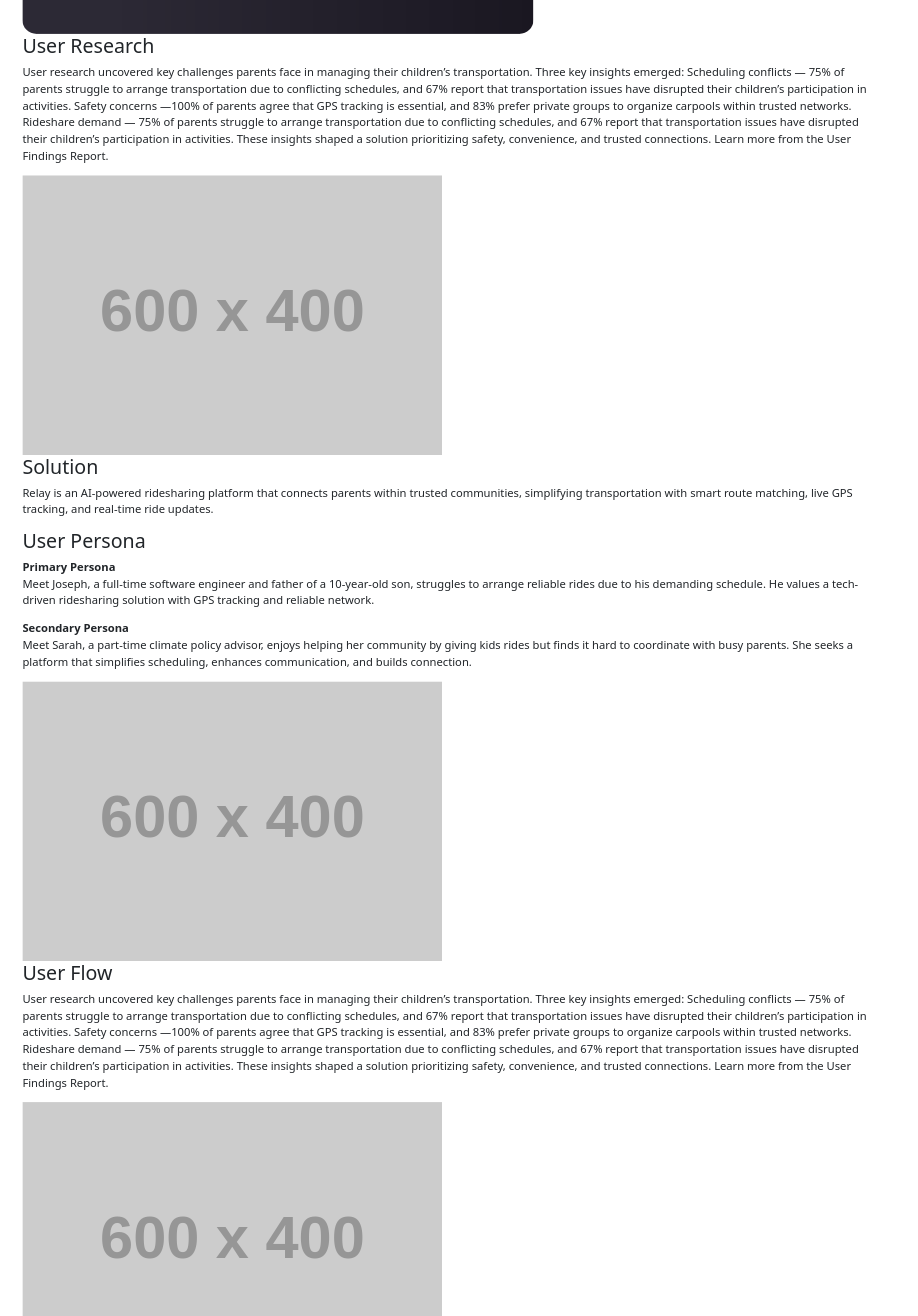
Repository: Vanessahyc/vanessa-portfolio
Page: /relay
These files come from the project's save history. The page is drawn as it stood at one moment and after the next save; the edit follows.
The browser window is 1280 px wide. The page is 1312 px wide, so the pictures cover 1312 px, including what lies to the right of the window. The pictures show the part of the page from y = 559 to 2439 px (the page is 3191 px tall before and 2791 px after), at 70% of full size.
The project was rebuilt for these pictures with package versions that can differ from the ones it lists, and the page was loaded fresh each time. The framework's server and built-in components were replaced by stand-ins that run in the browser. Also part of the build but not shown: next.config.mjs.

Above is the page before, as saved 2025-02-09 16:22:57.

### src/app/layout.js
import { Geist, Geist_Mono } from "next/font/google";
import "./globals.css";
import 'bootstrap/dist/css/bootstrap.min.css'

const geistSans = Geist({
  variable: "--font-geist-sans",
  subsets: ["latin"],
});

const geistMono = Geist_Mono({
  variable: "--font-geist-mono",
  subsets: ["latin"],
});

export const metadata = {
  title: "Create Next App",
  description: "Generated by create next app",
};

export default function RootLayout({ children }) {
  return (
    <html lang="en">
      <body
        className={`${geistSans.variable} ${geistMono.variable} antialiased`}
      >
        {children}
      </body>
    </html>
  );
}

### src/app/relay/page.js
"use client";
import Header from "../../../components/Header";
import styles from "@/app/relay/Relay.module.css";
import Image from "next/image";
import { Swiper, SwiperSlide } from "swiper/react";
import { Navigation, Pagination, Autoplay } from "swiper/modules";
import "swiper/css";
import "swiper/css/navigation";
import "swiper/css/pagination";

export default function Relay() {
  return (
    <>
      <Header />
      <main className={styles.mainContainer}>
        <section className={styles.projectSection}>
          <img src="/relay-images/relay_landing.png" alt="relay app mockup" />
          <div className={styles.projectInfo}>
            <h2>Relay</h2>
            <h3>App Design</h3>
            <h4>Overview</h4>
            <p>
              Relay is Canada’s first ridesharing app for parents, designed to
              make it easy to arrange safe, reliable transportation for your
              children. Whether you’re a busy parent juggling a hectic schedule
              or a new immigrant seeking to expand your network, Relay connects
              you with trusted families in your community—no random drivers.
              With safety features such as GPS Tracking, Ride specific pins and
              Ai powered notifications, Relay is the app that parents trust.
            </p>
            <button>Visit our blog</button>
          </div>
        </section>
        <section className={styles.subSection}>
          <div className={styles.subContainer}>
            <h3>User Research</h3>
            <p>
              User research uncovered key challenges parents face in managing
              their children’s transportation. Three key insights emerged:
              Scheduling conflicts — 75% of parents struggle to arrange
              transportation due to conflicting schedules, and 67% report that
              transportation issues have disrupted their children’s
              participation in activities. Safety concerns —100% of parents
              agree that GPS tracking is essential, and 83% prefer private
              groups to organize carpools within trusted networks. Rideshare
              demand — 75% of parents struggle to arrange transportation due to
              conflicting schedules, and 67% report that transportation issues
              have disrupted their children’s participation in activities. These
              insights shaped a solution prioritizing safety, convenience, and
              trusted connections. Learn more from the User Findings Report.
            </p>
            <img src="https://placehold.co/600x400" alt="placeholder image" />
          </div>
          <div>
            <h3>Solution</h3>
            <p>
              Relay is an AI-powered ridesharing platform that connects parents
              within trusted communities, simplifying transportation with smart
              route matching, live GPS tracking, and real-time ride updates.
            </p>
          </div>
        </section>
        <section className={styles.subSection}>
          <div className={styles.subContainer}>
            <div>
              <h3>User Persona</h3>
              <figure>
                <figcaption>
                  <strong>Primary Persona</strong>
                </figcaption>
                <p>
                  Meet Joseph, a full-time software engineer and father of a
                  10-year-old son, struggles to arrange reliable rides due to
                  his demanding schedule. He values a tech-driven ridesharing
                  solution with GPS tracking and reliable network.
                </p>
              </figure>
              <figure>
                <figcaption>
                  <strong>Secondary Persona</strong>
                </figcaption>
                <p>
                  Meet Sarah, a part-time climate policy advisor, enjoys helping
                  her community by giving kids rides but finds it hard to
                  coordinate with busy parents. She seeks a platform that
                  simplifies scheduling, enhances communication, and builds
                  connection.
                </p>
              </figure>
            </div>
            <img src="https://placehold.co/600x400" alt="placeholder image" />
          </div>
          <div className={styles.subContainer}>
            <h3>User Flow</h3>
            <p>
              User research uncovered key challenges parents face in managing
              their children’s transportation. Three key insights emerged:
              Scheduling conflicts — 75% of parents struggle to arrange
              transportation due to conflicting schedules, and 67% report that
              transportation issues have disrupted their children’s
              participation in activities. Safety concerns —100% of parents
              agree that GPS tracking is essential, and 83% prefer private
              groups to organize carpools within trusted networks. Rideshare
              demand — 75% of parents struggle to arrange transportation due to
              conflicting schedules, and 67% report that transportation issues
              have disrupted their children’s participation in activities. These
              insights shaped a solution prioritizing safety, convenience, and
              trusted connections. Learn more from the User Findings Report.
            </p>
            <img src="https://placehold.co/600x400" alt="placeholder image" />
          </div>
        </section>
        <section>
          <div className={styles.subContainer}>
            <h3>Design</h3>
            <p>
              The UI was designed to be simple and accessible, prioritizing
              quick access for busy parents.
            </p>
            <ul>
              <li>
                Navigation: A centralized 'New Ride' button in the nav bar
                ensures easy access to ride requests and offers.
              </li>
              <li>
                Buttons: Rounded shapes create a welcoming feel, with ample size
                and spacing for usability.
              </li>
              <li>Primary: Gradient with rounded edges for emphasis.</li>
              <li>
                Secondary: Solid color with rounded edges for clarity. Tertiary:
                Short, underlined text for multiple actions without clutter.
              </li>
              <li>
                Tertiary: Short, underlined text for multiple actions without
                clutter.
              </li>
              <li>
                Typography: Comfortaa, a rounded and modern typeface, enhances
                warmth, trust, and readability, aligning with the
                community-focused design.
              </li>
            </ul>
            <img src="https://placehold.co/600x400" alt="placeholder image" />
          </div>
        </section>
      </main>
    </>
  );
}

### src/app/globals.css
:root {
  --background: #ffffff;
  --foreground: #171717;
  --font48px: 48px;
  --font32px: 32px;
  --font28px: 28px;
  --font20px: 20px;
  --font18px: 18px;
  --font16px: 16px;
  --font-bold: 700;
  --font-medium: 500;
  --font-regular: 400;

}

body {
  font-family: Montserrat, sans-serif;
}

### components/Header/index.js
import Image from "next/image";
import Link from 'next/link';
import styles from './Header.module.css'

export default function Header() {
  return (
    <nav className={`${styles.navbar}`}>
      <Image src='/images/Logo.svg' alt="Vanessa Huang Logo" width={60} height={60}/>
      <ul>
        <li><Link href="/">Home</Link></li>
        <li><Link href="/about">About</Link></li>
        <li><Link href="/contact">Contact</Link></li>
      </ul>
    </nav>
  );
}

### src/app/relay/Relay.module.css
.mainContainer {
    margin: 1em 2em;
}

.projectSection {
    display: flex;
    align-items: center;
}

.projectSection img {
    width: 60%;
    height: 100%;
    border-radius: 20px;
}

.projectInfo {
    width: 40%;
    padding: 2em;
}

.projectInfo h2 {
    font-size: var(--font48px);
    font-weight: var(--font-bold);
    margin: 0;
}

.projectInfo h3 {
    font-size: var(--font28px);
    font-weight: var(--font-regular);
    margin: 0;
}

.projectInfo h4 {
    font-size: var(--font20px);
    font-weight: var(--font-bold);
}

.projectInfo p {
    font-size: var(--font16px);
    font-weight: var(--font-regular);
}

### components/Header/Header.module.css
.navbar {
    display: flex;
    justify-content: space-between;
    width: 100%;
    margin: 1em 2em;
}

.navbar ul {
    width: 30%;
    list-style: none;
    display: flex;
    justify-content: flex-end;
}

.navbar li {
    padding-right: 50px;
}

.navbar a {
    text-decoration: none;
    color: black;
    font-weight: var(--font-medium);
}

After the next save:
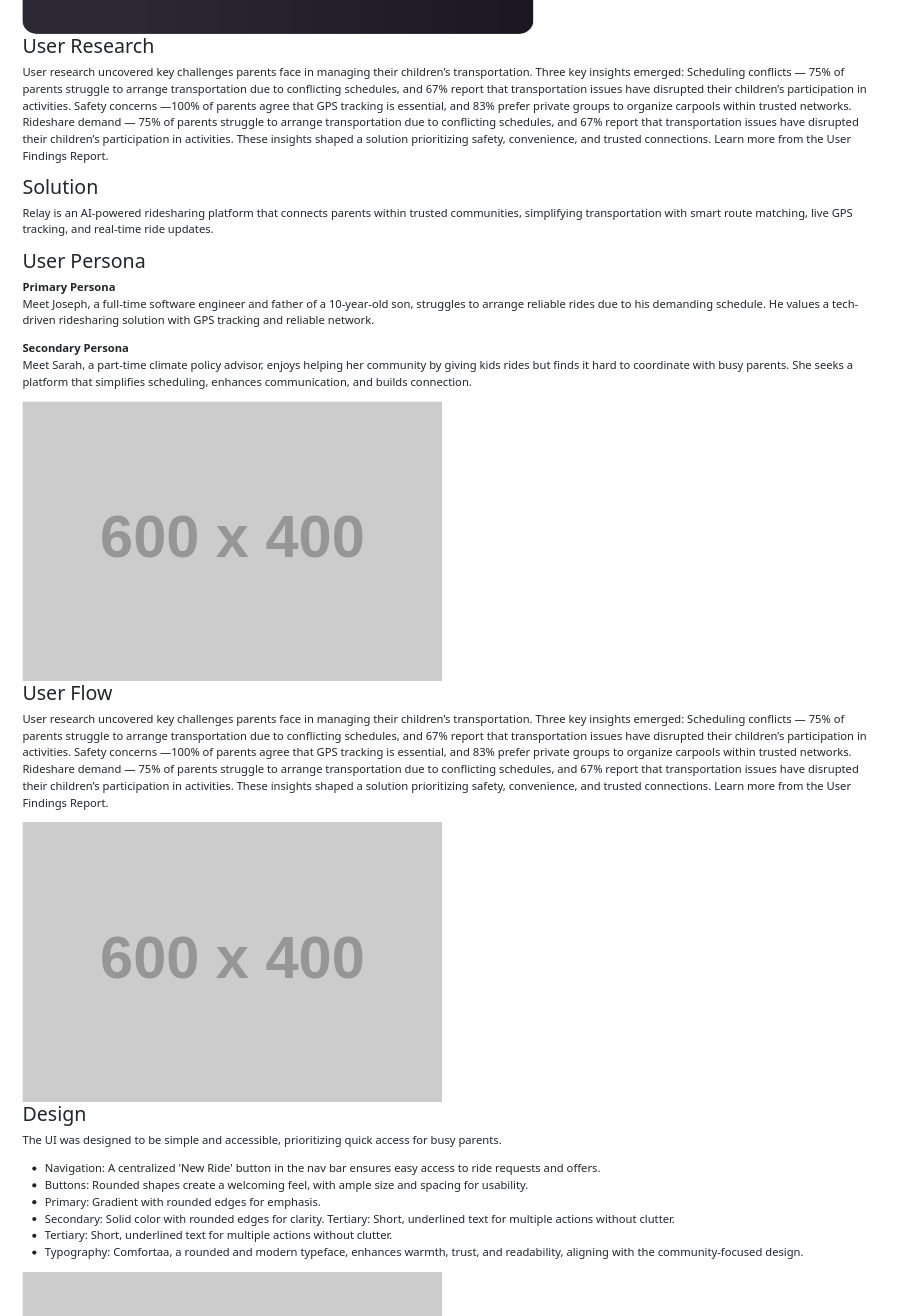
Saved 11 s later.
--- a/src/app/relay/page.js
+++ b/src/app/relay/page.js
@@ -49,7 +49,6 @@ export default function Relay() {
               insights shaped a solution prioritizing safety, convenience, and
               trusted connections. Learn more from the User Findings Report.
             </p>
-            <img src="https://placehold.co/600x400" alt="placeholder image" />
           </div>
           <div>
             <h3>Solution</h3>
